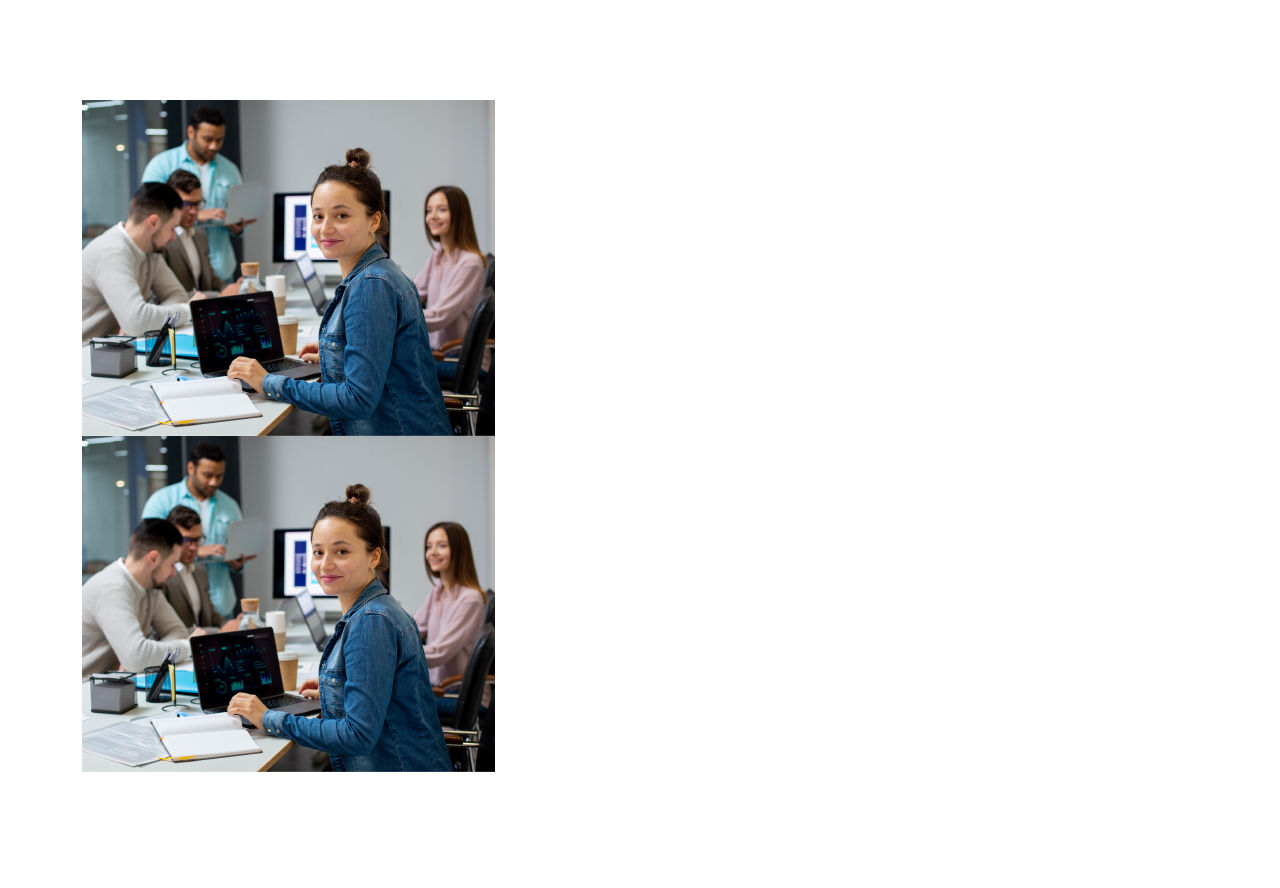
Repository: tagnam/mirehel2.0
Page: about.html
These files come from the project's save history. The page is drawn as it stood at one moment and after the next save; the edit follows.
The browser window is 1280 px wide. The pictures show the whole page.

Above is the page before, as saved 2025-02-03 11:44:24.

### about.html
<!DOCTYPE html>
<html lang="en">
<head>
    <meta charset="UTF-8">
    <meta name="viewport" content="width=device-width, initial-scale=1.0">
    <title>about</title>
    <link href="https://cdn.jsdelivr.net/npm/bootstrap@5.0.2/dist/css/bootstrap.min.css" rel="stylesheet" integrity="sha384-EVSTQN3/azprG1Anm3QDgpJLIm9Nao0Yz1ztcQTwFspd3yD65VohhpuuCOmLASjC" crossorigin="anonymous">
    <link rel="stylesheet" href="style/css/animation.css">
    <link rel="stylesheet" href="style/css/style.css">
    <link rel="stylesheet" href="style/css/animation.css">
</head>
<body>
<!--======================================== about section ==================================== -->


<section>
    <div class="container">
        <div class="row">
            <div class="col-lg-6">
                <div class="about-left">
                    <figure>
                        <img src="images/about-img-1.jpg" alt="">
                        <img src="images/about-img-1.jpg" alt="">
                    </figure>
                </div>
            </div>
            <div class="col-lg-6"></div>
        </div>
    </div>
</section>

<!--======================================== end about section ==================================== -->












    <script src="https://cdn.jsdelivr.net/npm/bootstrap@5.0.2/dist/js/bootstrap.bundle.min.js" integrity="sha384-MrcW6ZMFYlzcLA8Nl+NtUVF0sA7MsXsP1UyJoMp4YLEuNSfAP+JcXn/tWtIaxVXM" crossorigin="anonymous"></script>
    <script src="https://cdn.jsdelivr.net/npm/@popperjs/core@2.9.2/dist/umd/popper.min.js" integrity="sha384-IQsoLXl5PILFhosVNubq5LC7Qb9DXgDA9i+tQ8Zj3iwWAwPtgFTxbJ8NT4GN1R8p" crossorigin="anonymous"></script>
    <script src="https://cdn.jsdelivr.net/npm/bootstrap@5.0.2/dist/js/bootstrap.min.js" integrity="sha384-cVKIPhGWiC2Al4u+LWgxfKTRIcfu0JTxR+EQDz/bgldoEyl4H0zUF0QKbrJ0EcQF" crossorigin="anonymous"></script>
</body>
</html>

### style/css/style.css

@import url('https://fonts.googleapis.com/css2?family=Hind:wght@300;400;500;600;700&family=Inter:ital,opsz,wght@0,14..32,100..900;1,14..32,100..900&family=Open+Sans:ital,wght@0,300..800;1,300..800&family=Oswald:wght@200..700&family=Poppins:ital,wght@0,100;0,200;0,300;0,400;0,500;0,600;0,700;0,800;0,900;1,100;1,200;1,300;1,400;1,500;1,600;1,700;1,800;1,900&family=Raleway:ital,wght@0,100..900;1,100..900&family=Roboto:ital,wght@0,100;0,300;0,400;0,500;0,700;0,900;1,100;1,300;1,400;1,500;1,700;1,900&family=Urbanist:ital,wght@0,100..900;1,100..900&display=swap');
@import url("https://cdn.jsdelivr.net/npm/bootstrap-icons@1.11.3/font/bootstrap-icons.min.css");
*{
    margin: 0;
    padding: 0;
    box-sizing: border-box;
}

:root{
    --primary-color: #252A4E;
    --secondary-color: #a249ed;

}

body{
    font-family: "Hind", serif;

    color:#252A4E;
}

section{
    padding: 100px 0;
}

.row-container{
    margin-top: 50px;
}
.banner-section{
    background-image: url(/images/banner-bg.webp);
    background-size: cover;
    background-position: center;
    /* background-attachment: fixed; */
    /* height: 100vh; */
    position: relative;
    margin: 15px;
    padding: 8px;
}
.section-btn{
    height: 100%;
    display: flex
;
    justify-content: flex-end;
    align-items: flex-end;
}

.title{
    font-size: 55px;
    font-weight: 800;
    line-height: 1;
}

.banner-img{
    position: relative;
    bottom: -89px;
}
.banner-content{
    margin-top: 100px;
    padding-right: 100px;
}

.banner-title{
    font-size: 70px;
    font-weight: 800;
    line-height: 1;
}

.banner-text{
    font-size: 20px;
    font-weight: 400;
    line-height: 1.5;
    margin-top: 20px;
    color:#515670;
}

.banner-title span{
    color: var(--secondary-color);
}
.sub-heading{
    position: relative;
    display: inline-block;
    font-size: 16px;
    letter-spacing: 0.32px;
    line-height: 26px;
    font-weight: 400;
    font-family: var(--galada);
    text-transform: uppercase;
    background: linear-gradient(90deg, #FFA835 -3.85%, #FA3DCC 97.3%, #FA3AD0 100%);
    background-clip: text;
    -webkit-background-clip: text;
    -webkit-text-fill-color: transparent;

    margin-bottom: 12px;
}




.banner-icon{
    width: 100%;
    background: linear-gradient(90deg, #9255CE -2.17%, #BE60FF 100%);
    box-shadow: 0px 0px 20px 0px rgba(0, 0, 0, 0.08);
    border-radius: 30px 45px 30px 30px;
    position: relative;
    padding: 20px;
    top: 28px;
    right: -13px;
}

.banner-icon h2{
    font-size: 45px;
    font-weight: 800;
    /* line-height: 1.5; */
    color: #fff;
    /* margin-bottom: 20px; */
    text-align: start;
    margin: unset;
    line-height: 38px;
    padding: 10px;
}

.banner-icon h4{
    font-size: 27px;
    font-weight: 600;
    line-height: 1.5;
    color: #fff;
    /* margin-top: 20px; */
    text-align: start;
    text-transform: uppercase;
}


.marquee-content{
    background: linear-gradient(90deg, #70DBFF 0%, #DD98FF 100%);
    border-radius: 0 0 35px 30px;
    overflow: hidden;
    padding: 23px 45px;
    width: 100%;
    position: absolute;
    left: 9px;
    bottom: -12px;
    display: flex;
    justify-content: space-between;
    align-items: center;
}


/* <!--===================================== about section end ========================================--> */
.about-right-container{
    padding-left: 50px;
}
.about-text p{
    font-size: 18px;
    line-height: 1.5;
    color: #515670;
    margin-top: 20px;
}

.about-img{
    position: relative;
    transform: translate(30px, 30px);
    width: 100%;
}

.about-figure{
    position: relative;
  background-color: aqua;
  padding: 20px;
}


.about-list{

    list-style: none;
    padding: unset;
}

.about-list li{
    display: flex;
    align-items: center;
    margin-bottom: 20px;
    justify-content: space-between;
}

.about-icon{

    display: flex;
    justify-content: center;
    align-items: center;
    background-color:var(--secondary-color);
    width: 78px;
    height: 84px;
    background: linear-gradient(90deg, #5A1CCB -2.17%, #815EDC 100%);
    border-radius: 50px 6px 6px 6px;
}

.about-icon .bi{
    font-size: 45px;
    color: #fff;
    display: flex;
    justify-content: center;
    align-items: center;
}


.about-list-title{
    font-size: 27px;
    line-height: 1.16;
    margin-bottom: 4px;
    font-weight: 600;
}

.about-list-text p{
    font-size: 16px;
    line-height: 1.5;
    color: #515670;
    margin: unset;
}
/* <!--===================================== about section end ========================================--> */




/* <!--===================================== service section start ========================================--> */

.service-index {
    width: 100%;
    display: flex;
    justify-content: center;
    align-items: center;
}

.service-index h2{
    position: relative;
    display: inline-block;

    letter-spacing: 0.32px;
margin: unset;
    font-weight: 600;
    font-family: var(--galada);
    text-transform: uppercase;
    background: linear-gradient(90deg, #FFA835 -3.85%, #FA3DCC 97.3%, #FA3AD0 100%);
    background-clip: text;
    -webkit-background-clip: text;
    -webkit-text-fill-color: transparent;

}

.service-title h3{
    font-size: 40px;
    font-weight: 800;
    line-height: 1;
    color: #252A4E;
    margin-bottom: 20px;
}

.service-row{
    border-bottom: 2px solid red;
    margin-bottom: 30px;
}

.service-icon{
    display: flex;
    justify-content: center;
}

.service-icon .bi{
    font-size: 45px;
    color:red;
    display: flex;
    justify-content: center;
    align-items: center;
}
/* <!--===================================== service section end ========================================--> */




/* <!--===================================== project section start========================================--> */




/* <!--===================================== project section start========================================--> */





/* <!--===================================== testimonial section start========================================--> */


.testimonial-card{
    background: linear-gradient(90deg, #70DBFF 0%, #DD98FF 100%);
    padding: 0px 20px;
    border-radius: 20px;
}


.testimonial-img{
    height: 58px;
    width: 58px;
    background: red;
    border-radius: 64%;
    border: 2px solid;
}

.testimonial-top{
    padding-bottom: 20px;
    border-bottom: 1px solid #fff;

}


.testimonial-bottom h2{
    font-size: 65px;
    font-weight: 600;
    line-height: 1.5;
    color: #fff;
    margin-top: 20px;
    text-align: start;
    text-transform: uppercase;
}

.testimonial-bottom p{
    font-size: 20px;
    line-height: 1.5;
    color: #fff;
    margin: unset;
}

  .testimonial .testimonial-content {
    margin: 10px 10px 0;
    /* background: #efefef; */
    padding: 0px 60px;
    position: relative;
    border: none;
    border-radius: 8px;
    font-style: italic;
    font-size: 25px;
    border: 2px solid;
    border-radius: 20px;
  }

  .testimonial .testimonial-content:before,
  .testimonial .testimonial-content:after {
    content: "\201C";
    position: absolute;
    font-size: 80px;
    line-height: 1;
    color: #757f9a;
    font-style: normal;
  }

  .testimonial .testimonial-content:before {
    top: 0;
    left: 10px;
  }

  .testimonial .testimonial-content:after {
    content: "\201D";
    right: 10px;
    bottom: -0.5em;
  }

.testimonial-start{
    display: flex    ;
        justify-content: left;
        align-items: center;
        margin: 20px 0px;
}

.testimonial-start .bi{
    margin: 0px 5px;
    font-size: 20px;
}
/* <!--===================================== testimonial section start========================================--> */

/* <!--===================================== project section start========================================--> */
.project-img{
    height: 550px;
}

.project-card .project-img {
    transition: 1ms ease-in-out;
}

.project-card:hover .project-img{
    transform: scaleX(1) scaleY(1) scaleZ(0.1) rotateX(15deg) rotateY(0deg) rotateZ(0deg) translateX(0px) translateY(0px) translateZ(0px) skewX(0deg) skewY(0deg);
}

.project-content{
    margin-top: -100px;
    z-index: 1;
}
/* <!--===================================== project section end========================================--> */



/* <!--===================================== choice section start========================================--> */

.choice-container{
    position: relative;
    padding: 10px;
    background-color: transparent;
height: 400px;
border: 15px solid transparent;
  /* border-image:linear-gradient(180deg, red 0%, #00000000 90.04%); */
  /* border-image:linear-gradient(180deg, #00000000  0%, red 90.04%); */
  border-image-slice: 1;
border-radius: 20px;
background: linear-gradient(white, white) padding-box,
linear-gradient(180deg, red 0%, #00000000 90.04%) border-box;
}

/* <!--===================================== choice section end========================================--> */

Loaded but not shown: style/css/animation.css (no stored copy; drawn as an empty file)

After the next save:
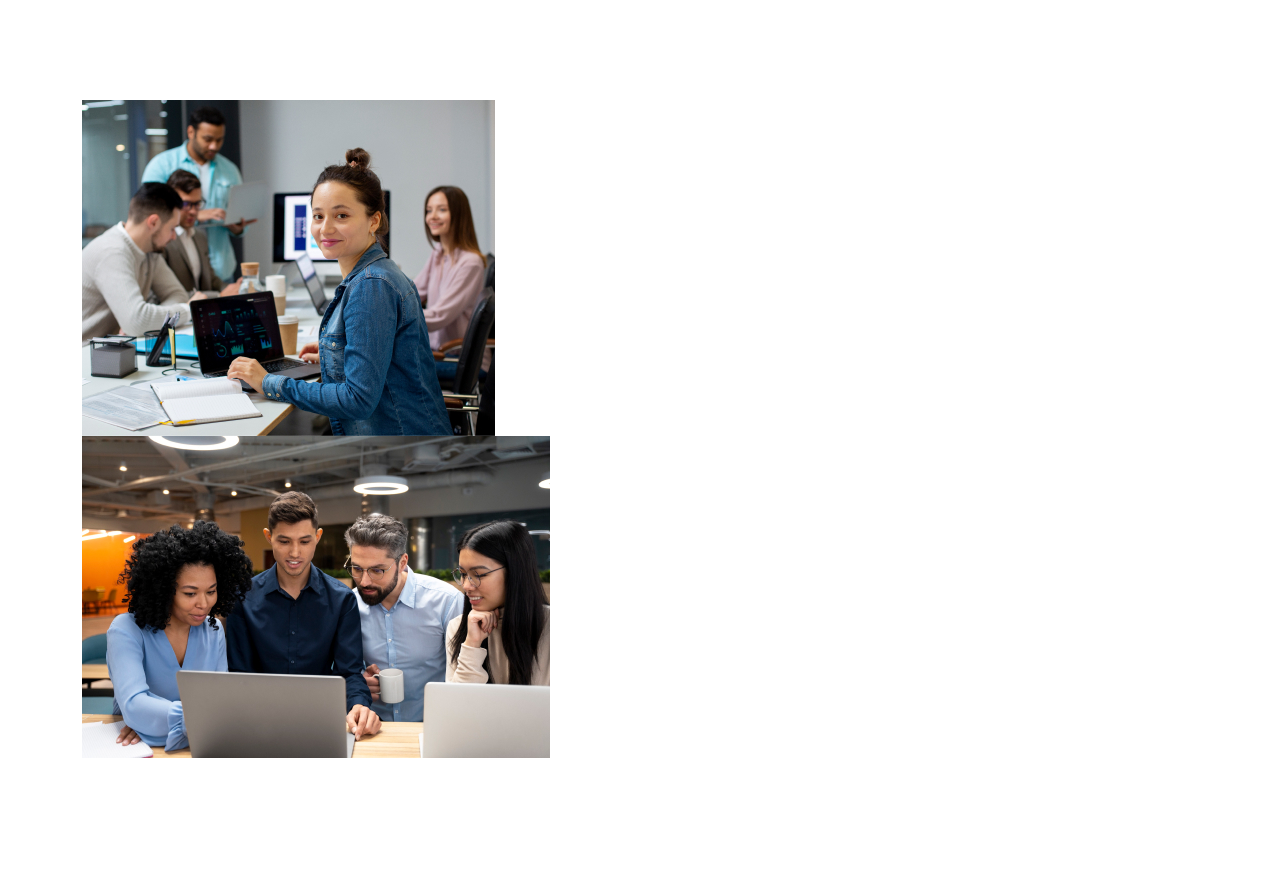
Saved 12 s later.
--- a/about.html
+++ b/about.html
@@ -20,7 +20,7 @@
                 <div class="about-left">
                     <figure>
                         <img src="images/about-img-1.jpg" alt="">
-                        <img src="images/about-img-1.jpg" alt="">
+                        <img src="images/about-img-2.jpg" alt="">
                     </figure>
                 </div>
             </div>
